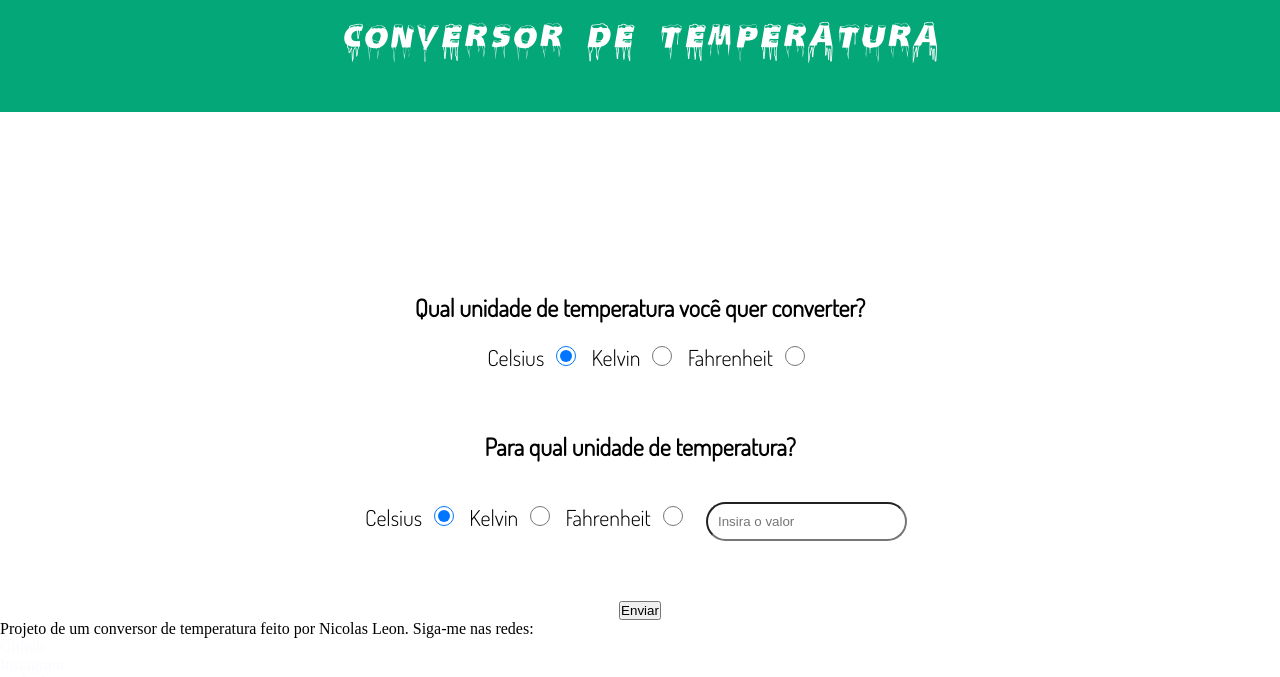
Repository: Leonngc/Conversor-de-temperatura
Page: index.html
These files come from the project's save history. The page is drawn as it stood at one moment and after a run of saves; the edit follows.
The browser window is 1280 px wide. The pictures show the whole page.
Some icons come from a web library that is not loaded, so they are not drawn.

Above is the page before, as saved 2023-02-10 23:31:53.

After the next 3 saves:
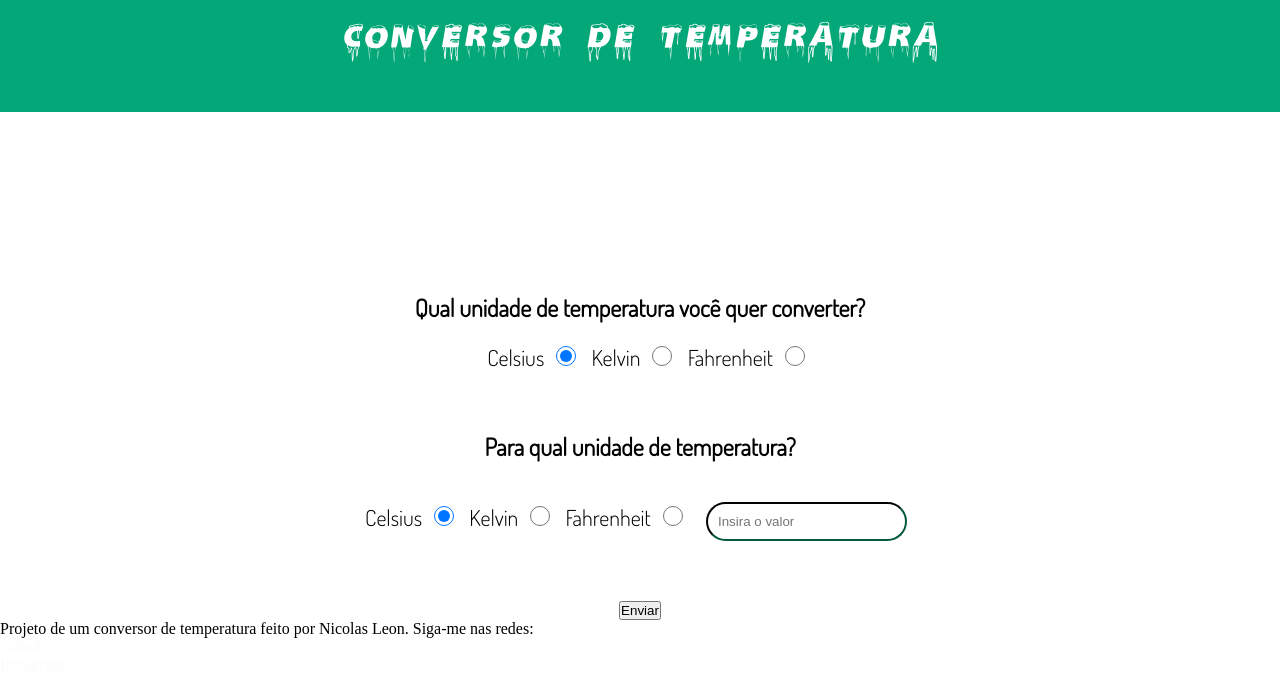
The 3 saves are shown as one change because they came seconds apart.
The last was saved 12 s later.
--- a/style.css
+++ b/style.css
@@ -100,4 +100,5 @@
     padding: 10px;
     border-radius: 20px;
     color: #03583e;
+    border-color: #03583e;
 }

After the save that followed:
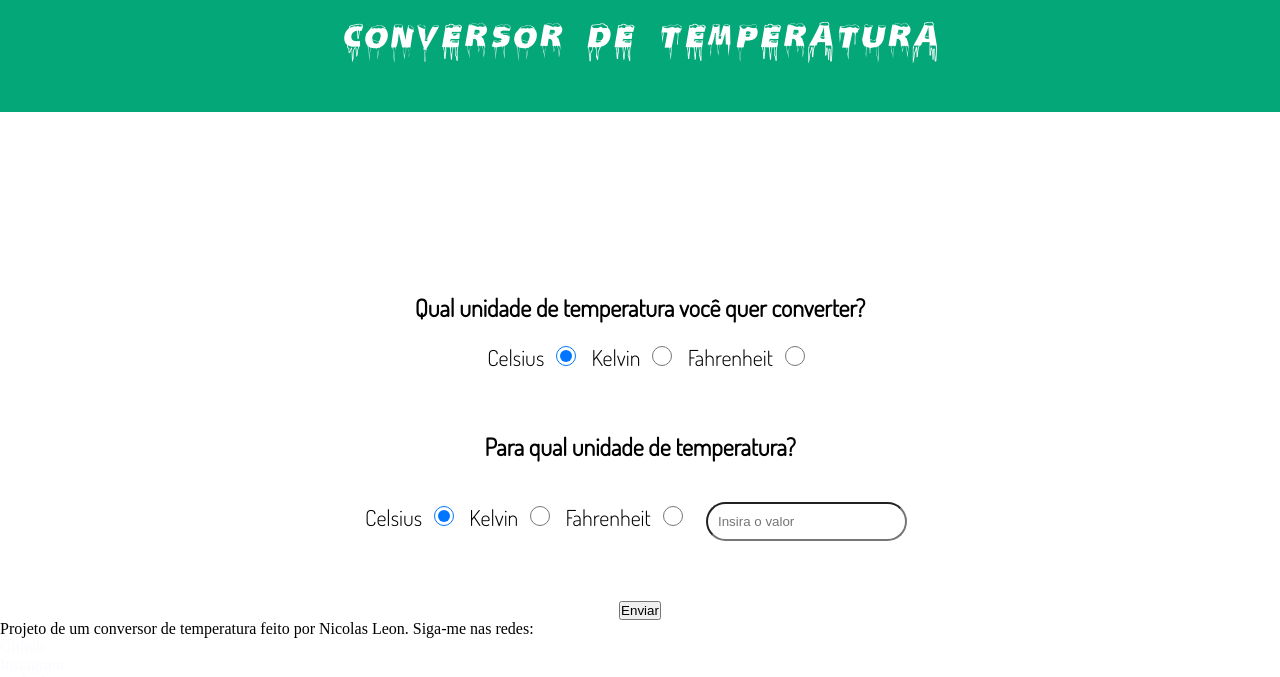
Saved 8 s later.
--- a/style.css
+++ b/style.css
@@ -100,5 +100,5 @@
     padding: 10px;
     border-radius: 20px;
     color: #03583e;
-    border-color: #03583e;
+    border:
 }
